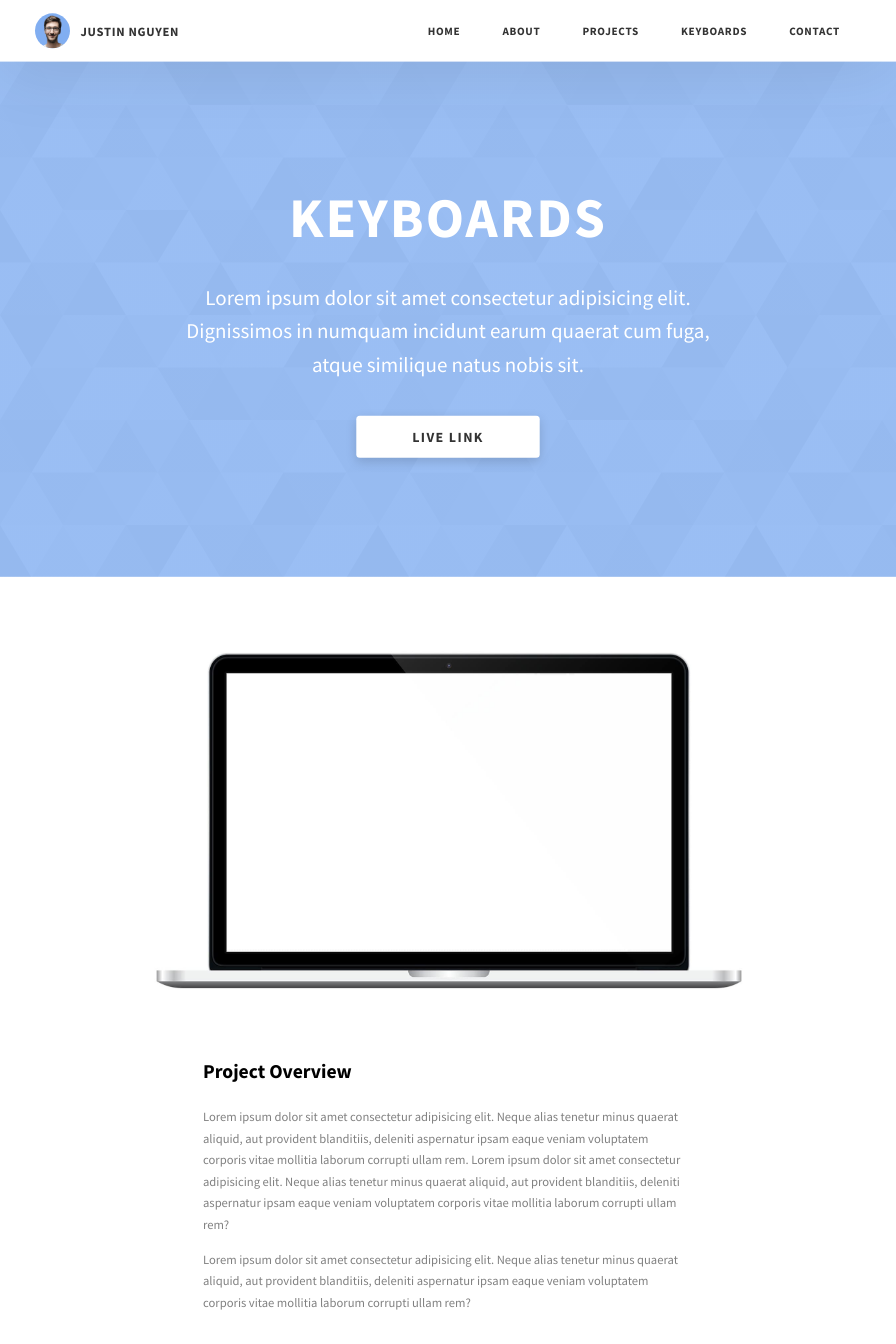
Repository: justinknguyen/Personal-Portfolio
Page: keyboards.html
An editor plug-in stored every save of this project. The page is shown before and after a run of saves, followed by the edit.
The browser window is 1280 px wide. The pictures show the part of the page from y = 0 to 1920 px (the page is 2775 px tall), at 70% of full size.
The style sheet was rebuilt from its Sass, Less or Tailwind sources for each picture, by a compiler version that may differ from the author's.

Above is the page before, as saved 2022-09-10 14:47:49.
Console error: TypeError: Cannot read properties of undefined (reading 'style')

After the next 2 saves:
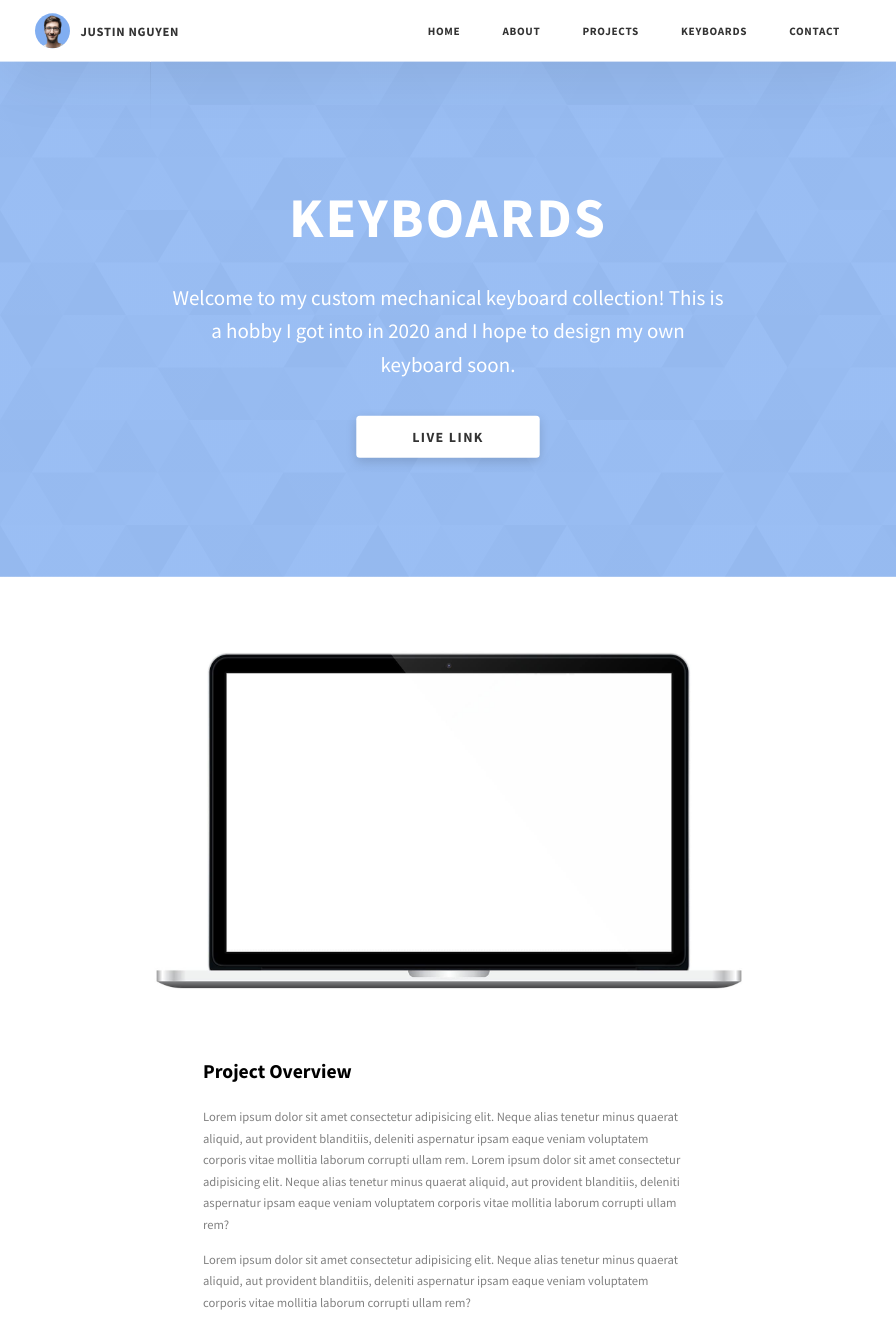
The 2 saves are shown as one change because they came seconds apart.
The last was saved 3 min 37 s later.
--- a/keyboards.html
+++ b/keyboards.html
@@ -101,9 +101,8 @@
         <h1 class="heading-primary">Keyboards</h1>
         <div class="project-cs-hero__info">
           <p class="text-primary">
-            Lorem ipsum dolor sit amet consectetur adipisicing elit. Dignissimos
-            in numquam incidunt earum quaerat cum fuga, atque similique natus
-            nobis sit.
+            Welcome to my custom mechanical keyboard collection!
+            This is a hobby I got into in 2020 and I hope to design my own keyboard soon.
           </p>
         </div>
         <div class="project-cs-hero__cta">
